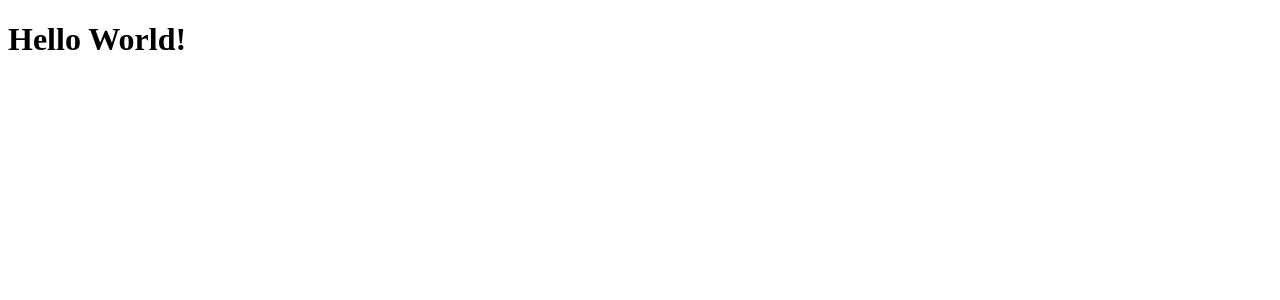
Repository: stillnotdavid/eternity-university
Page: app/index.html
The author's editor kept a copy of each file at every save. The page is drawn from the files as they stood at one save, then again after the next save.
The browser window is 1280 px wide. The pictures show the whole page.
The style sheet was rebuilt from its Sass, Less or Tailwind sources for each picture, by a compiler version that may differ from the author's.

Above is the page before, as saved 2021-12-03 22:11:38.

After the next save:
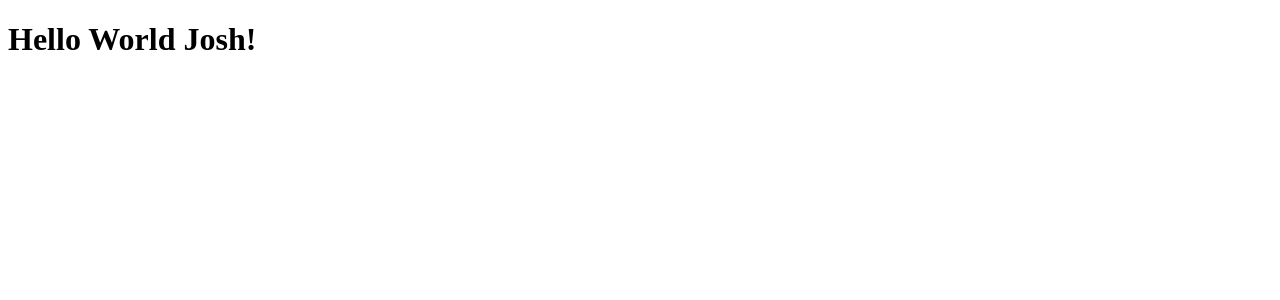
Saved 40 s later.
--- a/app/index.html
+++ b/app/index.html
@@ -24,7 +24,7 @@
       <p class="browserupgrade">You are using an <strong>outdated</strong> browser. Please <a href="http://browsehappy.com/">upgrade your browser</a> to improve your experience.</p>
     <![endif]-->
   <div class="container">
-    <h1>Hello World!</h1>
+    <h1>Hello World Josh!</h1>
   </div>
   <!-- build:js scripts/vendor.js -->
   <!-- endbuild -->
